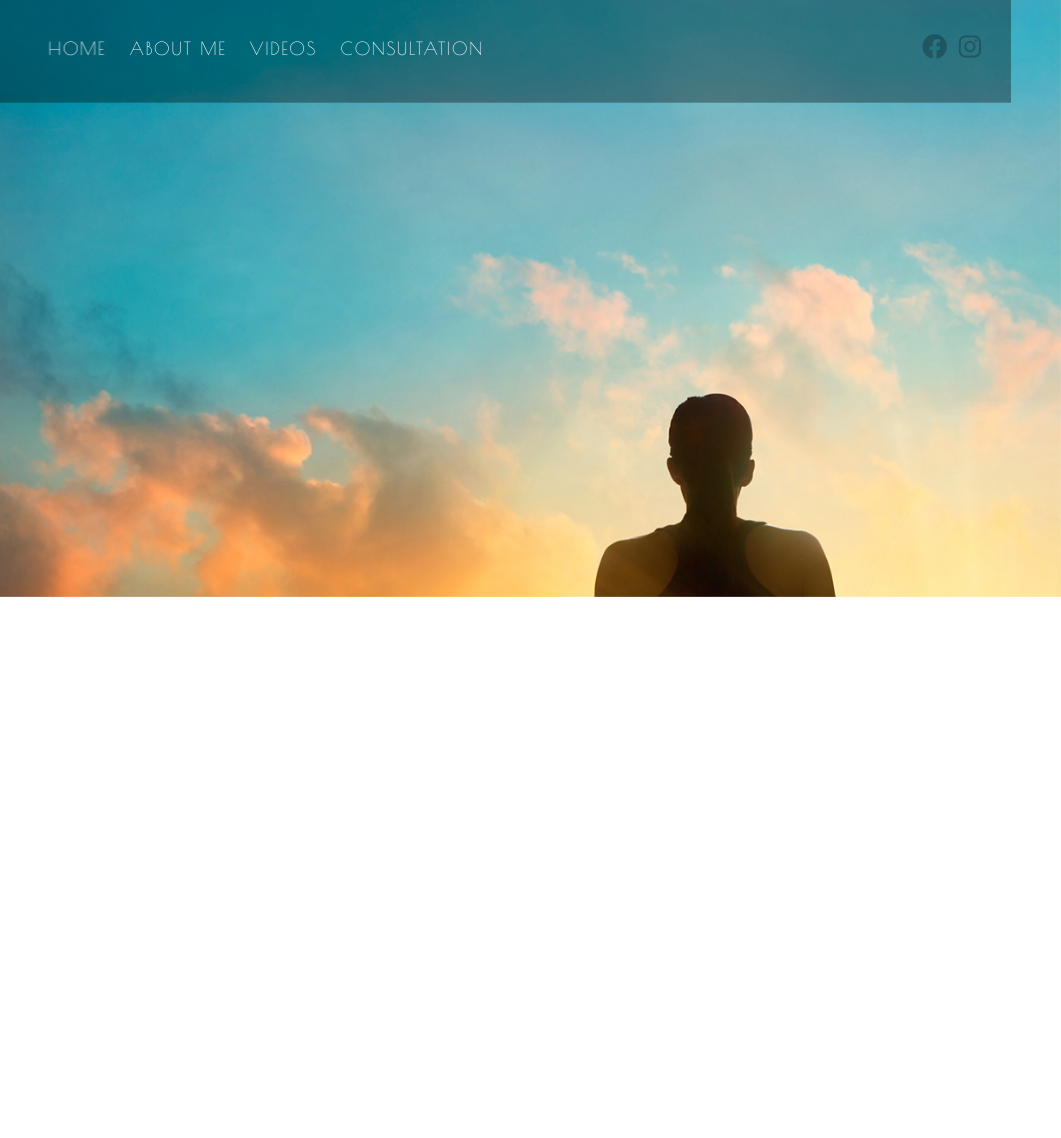
Repository: Aleksandre19/cv-ucmp
Page: index.html
The author's editor kept a record of every edit. The page is drawn from the files as they stood at one moment, then again after the next edit.
The browser window is 1280 px wide. The page is 1343 px wide, so the pictures cover 1343 px, including what lies to the right of the window. The pictures show the whole page, at 79% of full size.
Backgrounds fixed to the window are drawn as part of the page. Some web libraries are served in a nearby version.

Above is the page before.

### index.html
<!DOCTYPE html>
<html lang="en">

<head>
    <meta charset="UTF-8">
    <meta name="viewport" content="width=device-width, initial-scale=1.0">
    <meta http-equiv="X-UA-Compatible" content="ie=edge">
    <link rel="stylesheet" href="https://stackpath.bootstrapcdn.com/bootstrap/4.4.1/css/bootstrap.min.css" integrity="sha384-Vkoo8x4CGsO3+Hhxv8T/Q5PaXtkKtu6ug5TOeNV6gBiFeWPGFN9MuhOf23Q9Ifjh" crossorigin="anonymous">
    <link rel="stylesheet" href="https://cdnjs.cloudflare.com/ajax/libs/hover.css/2.3.1/css/hover-min.css" type="text/css" />
    <link rel="stylesheet" href="https://cdnjs.cloudflare.com/ajax/libs/font-awesome/5.11.2/css/all.min.css" type="text/css" />
    <link rel="stylesheet" href="assets/css/style.css" type="text/css" />
    <title>Document</title>


</head>

<body>

    <!-- All site wrapper div -->
    <div id="wrapper">

        <!-- HEADER -->
        <header class="container-fluid">
            <div class="row">

                <!-- TOP MAIN MENU -->
                <div class="col-10">
                    <nav>
                        <ul class="main-menu">
                            <li><a href="#" class="hvr-float ">home</a></li>
                            <li><a href="#" class="hvr-float">about me</a></li>
                            <li><a href="#" class="hvr-float">videos</a></li>
                            <li><a href="#" class="hvr-float">consultation</a></li>
                        </ul>
                    </nav>
                </div>
                <!-- / TOP MAIN MENU -->

                <!-- TOP SOCIAL LINKS -->
                <div class="col-2 social-links">
                    <!-- I use id sl-wrapper ro sipmly take right margin -->
                    <div id="sl-wrapper">
                        <a href="http://www.facebook.com" target="_blank"><i class="fab fa-facebook"></i></a>
                        <a href="http://www.instagram.com" target="_blank"><i class="fab fa-instagram"></i></a>
                    </div>
                </div>
                <!-- /TOP SOCIAL LINKS -->

            </div>
        </header>
        <!-- /HEADER -->

        <!-- Slideshow section-->
        <div class="slideshow-wrapper">
            <section class="sections slideshow">

            </section>
             <div class="description">
                <svg id="logo" width="965" height="89" viewBox="0 0 965 89" fill="none" xmlns="http://www.w3.org/2000/svg">
                    <path d="M27.1216 59.2261L28.6938 70.0073L30.9961 60.293L47.168 3.24219H56.2646L72.0435 60.293L74.2896 70.1758L76.0303 59.1699L88.7207 3.24219H99.5581L79.7363 85H69.9097L53.064 25.4224L51.7725 19.1895L50.481 25.4224L33.0176 85H23.1909L3.42529 3.24219H14.2065L27.1216 59.2261Z" stroke="white" stroke-width="4" mask="url(#path-1-outside-1)"/>
                    <path d="M157.788 47.2095H122.356V76.1841H163.516V85H111.575V3.24219H162.954V12.1143H122.356V38.3936H157.788V47.2095Z" stroke="white" stroke-width="4" mask="url(#path-1-outside-1)"/>
                    <path d="M188.503 85H177.722V3.24219H188.503V85Z" stroke="white" stroke-width="4" mask="url(#path-1-outside-1)"/>
                    <path d="M268.633 74.2749C265.863 78.243 261.988 81.2191 257.009 83.2031C252.068 85.1497 246.303 86.123 239.714 86.123C233.051 86.123 227.136 84.5695 221.97 81.4624C216.804 78.3179 212.799 73.8631 209.954 68.0981C207.146 62.3332 205.705 55.651 205.63 48.0518V40.9204C205.63 28.6043 208.494 19.0584 214.221 12.2827C219.986 5.507 228.072 2.11914 238.479 2.11914C247.014 2.11914 253.883 4.30908 259.087 8.68896C264.29 13.0314 267.472 19.2082 268.633 27.2192H257.852C255.83 16.4006 249.391 10.9912 238.535 10.9912C231.31 10.9912 225.826 13.5368 222.083 18.6279C218.376 23.6816 216.505 31.0189 216.467 40.6396V47.3218C216.467 56.4933 218.564 63.7931 222.756 69.2212C226.949 74.6118 232.62 77.3071 239.771 77.3071C243.813 77.3071 247.351 76.8579 250.383 75.9595C253.416 75.061 255.924 73.5449 257.908 71.4111V53.0493H238.984V44.2896H268.633V74.2749Z" stroke="white" stroke-width="4" mask="url(#path-1-outside-1)"/>
                    <path d="M349.492 85H338.655V47.2095H297.439V85H286.658V3.24219H297.439V38.3936H338.655V3.24219H349.492V85Z" stroke="white" stroke-width="4" mask="url(#path-1-outside-1)"/>
                    <path d="M423.445 12.1143H397.166V85H386.44V12.1143H360.217V3.24219H423.445V12.1143Z" stroke="white" stroke-width="4" mask="url(#path-1-outside-1)"/>
                    <path d="M458.035 63.0444C458.035 59.1138 459.12 55.5013 461.292 52.207C463.5 48.9128 467.693 45.0757 473.87 40.6958C470.238 36.2785 467.805 32.7222 466.57 30.0269C465.334 27.3315 464.717 24.6549 464.717 21.9971C464.717 15.7829 466.551 10.9163 470.22 7.39746C473.888 3.87858 478.867 2.11914 485.156 2.11914C490.771 2.11914 495.413 3.76628 499.082 7.06055C502.751 10.3174 504.585 14.4352 504.585 19.4141C504.585 22.7083 503.743 25.7593 502.058 28.5669C500.411 31.3371 497.51 34.257 493.354 37.3267L487.346 41.7627L505.54 63.4937C508.085 58.6271 509.358 53.2178 509.358 47.2656H518.735C518.735 56.8115 516.433 64.729 511.829 71.0181L523.508 85H511.042L505.596 78.5425C502.826 81.0132 499.569 82.9036 495.825 84.2139C492.119 85.4867 488.338 86.123 484.482 86.123C476.509 86.123 470.107 84.008 465.278 79.7778C460.449 75.5477 458.035 69.9699 458.035 63.0444ZM484.482 77.644C489.985 77.644 495.02 75.5477 499.587 71.355L479.653 47.4902L477.8 48.8379C471.549 53.4424 468.423 58.1779 468.423 63.0444C468.423 67.4618 469.845 70.9993 472.69 73.6572C475.573 76.3151 479.504 77.644 484.482 77.644ZM475.105 21.6602C475.105 25.2539 477.314 29.7461 481.731 35.1367L488.357 30.4761C490.903 28.6792 492.643 26.9759 493.579 25.3662C494.515 23.7191 494.983 21.735 494.983 19.4141C494.983 16.9059 494.047 14.8283 492.175 13.1812C490.304 11.4966 487.945 10.6543 485.1 10.6543C482.03 10.6543 479.597 11.7025 477.8 13.7988C476.003 15.8577 475.105 18.4782 475.105 21.6602Z" stroke="white" stroke-width="4" mask="url(#path-1-outside-1)"/>
                    <path d="M624.751 85H613.914V47.2095H572.698V85H561.917V3.24219H572.698V38.3936H613.914V3.24219H624.751V85Z" stroke="white" stroke-width="4" mask="url(#path-1-outside-1)"/>
                    <path d="M690.112 47.2095H654.68V76.1841H695.84V85H643.899V3.24219H695.278V12.1143H654.68V38.3936H690.112V47.2095Z" stroke="white" stroke-width="4" mask="url(#path-1-outside-1)"/>
                    <path d="M754.407 63.6621H720.154L712.461 85H701.343L732.563 3.24219H741.997L773.274 85H762.212L754.407 63.6621ZM723.411 54.79H751.206L737.28 16.5503L723.411 54.79Z" stroke="white" stroke-width="4" mask="url(#path-1-outside-1)"/>
                    <path d="M795.117 76.1841H833.862V85H784.28V3.24219H795.117V76.1841Z" stroke="white" stroke-width="4" mask="url(#path-1-outside-1)"/>
                    <path d="M887.151 12.1143H860.872V85H850.146V12.1143H823.923V3.24219H887.151V12.1143Z" stroke="white" stroke-width="4" mask="url(#path-1-outside-1)"/>
                    <path d="M962.114 85H951.277V47.2095H910.061V85H899.28V3.24219H910.061V38.3936H951.277V3.24219H962.114V85Z" stroke="white" stroke-width="4" mask="url(#path-1-outside-1)"/>
                </svg>
             </div>
        </div>

        <!-- /Slideshow section-->


        <!-- Individual approach section-->
        <section class="sections">

        </section>
        <!-- /Individual approach section-->


        <!-- About Me section-->
        <section>

        </section>
        <!-- /About Me section-->


        <!-- Videos section-->
        <section>

        </section>
        <!-- /Videos section-->


        <!-- Feedbacks section-->
        <section>

        </section>
        <!-- /Feedbacks section-->


        <!-- Consultation's section-->
        <section>

        </section>
        <!-- /Consultation's section-->


        <!-- footer section -->
        <footer>

        </footer>
        <!-- /footer section -->

    </div>
    <!-- / All site wrapper div -->
     <script>
        const me = document.querySelectorAll("#logo path");
        for(let i = 0; i < me.length; i++){
            console.log(`Letter ${i} is ${me[i].getTotalLength()}`);
        }
    </script>
</body>

</html>

### assets/css/style.css
@import url('https://fonts.googleapis.com/css?family=Poiret+One|Courgette');

html,
body {
    height: 100%;
}

* {
    margin: 0;
    padding: 0;
    border: 0;
}

body {
    backgournd-color: #f6f6f6;
    font-size: 1em;
    /* I use 1.414 (Augumental forth) ratio for font scale */
}

#wrapper {
    width: 100%;
    height: 100%;
}


.sections {
    width: 100%;
    height: 100%;
    overflow: hidden;
    position: relative;
}

.slideshow-wrapper {
    width: 100%;
    height: 100%;
    position: relative;
}






/* #################### HEADER ###################### */

header {
    height: 130px;
    background-color: rgba(0, 0, 0, 0.35);
    position: fixed;
    z-index: 1;
}


/*  Main Menu */

.main-menu,
.social-links a {
    /* Aligning menu links and social icons on one line */
    line-height: 120px;
}

.main-menu {
    /* Marging menu from left */
    margin-left: 2%;
}

.main-menu li {
    list-style: none;
    display: inline;
    margin-left: 25px;
}

.main-menu li a {
    font-family: "Poiret One";
    font-size: 1em;
    text-transform: uppercase;
    color: #fff;
    letter-spacing: 2px;
    transition: all 0.35s ease-in-out;
    -webkit-transition: all 0.35s ease-in-out;
    -moz-transition: all 0.35s ease-in-out;
    -o-transition: all 0.35s ease-in-out;
}

.main-menu li a:hover {
    text-decoration: none;
    color: #00dddb;
}

/* END Main Menu */

/* Social Links */

.social-links {
    /* Aligning social links to right */
    text-align: right;
}


#sl-wrapper {
    /* Marging social links from left */
    margin-right: 10%;
}

.social-links a {
    text-decoration: none;
    font-size: 1.414em;
    color: rgba(0, 0, 0, .25);
    margin: 0px 5px;
    transition: color 0.35s ease-in-out;
    -webkit-transition: color 0.35s ease-in-out;
    -moz-transition: color 0.35s ease-in-out;
    -o-transition: color 0.35s ease-in-out;

}


.social-links a:hover {
    color: rgba(0, 219, 221, 1);
}

/* END Social Links */

/* #################### END HEADER ################## */

/* * */

/* #################### SLIDESHOW SECTION ########### */

/* Slider */

.slideshow {
    background: url("../images/food-lg.jpg");
    background-repeat: no-repeat;
    background-position: top;
    background-attachment: fixed;
    animation-name: slideshow-w;
    -webkit-animation-name: slideshow-w;
    -moz-animation-name: slideshow-w;
    -o-animation-name: slideshow-w;
    animation-duration: 20s;
    -webkit-animation-duration: 20s;
    -moz-animation-duration: 20s;
    -o-animation-duration: 20s;
    animation-iteration-count: infinite;
    -webkit-animation-iteration-count: infinite;
    -moz-animation-iteration-count: infinite;
    -o-animation-iteration-count: infinite;


}



@keyframes slideshow-w {

    /* Animation slide transition number 1 */
    0% {
        transform: scale(1);
        background: url("../images/food-lg.jpg");
        background-attachment: fixed;

    }
    14.28%% {
        transform: scale(1.1);
        background: url("../images/yoga-lg.jpg");
        background-attachment: fixed;

    }

    /* Animation slide transition number 2 */
    28.56% {
        transform: scale(1.1);
        background: url("../images/yoga-lg.jpg");
        background-attachment: fixed;
    }
    42.84% {
        transform: scale(1);
        background: url("../images/family-lg.jpg");
        background-attachment: fixed;
    }


    /* Animation slide transition number 3 */
    57.12% {
        transform: scale(1);
        background: url("../images/family-lg.jpg");
        background-attachment: fixed;
    }
    71.4% {
        transform: scale(1.1);
        background: url("../images/food-lg.jpg");
        background-attachment: fixed;
    }

    85.68% {
        transform: scale(1.1);
        background: url("../images/food-lg.jpg");
        background-attachment: fixed;
    }
    100% {
        transform: scale(1);
        background: url("../images/food-lg.jpg");
        background-attachment: fixed;
    }

}


/* END Slider */

/* */



#logo{
    animation: fill-anime 2s ease forwards 3.3s;

}


#wh-container{
    position: absolute;
    top: 50%;
    left: 50%;
    transform: translate(-50%,-50%);
    animation: move-top 1s ease forwards 4s;
}



#free-consultation-text{
    position: absolute;
    top:50%;
    left: 50%;
    transform: translate(-50%,-50%);
}

#free-consultation-text h1{
    font-family:
}



#logo path:nth-child(1){
    stroke-dasharray: 630.78px;
    stroke-dashoffset: 630.78px;
    animation: text-anime 2s ease forwards;

}



#logo path:nth-child(2){
    stroke-dasharray: 419.45px;
    stroke-dashoffset: 419.45px;
    animation: text-anime 2s ease forwards 0.3s;

}

#logo path:nth-child(3){
    stroke-dasharray: 185.07px;
    stroke-dashoffset: 185.07px;
    animation: text-anime 2s ease forwards 0.6s;

}

#logo path:nth-child(4){
    stroke-dasharray: 453.67px;
    stroke-dashoffset: 453.67px;
    animation: text-anime 2s ease forwards 0.9s;

}

#logo path:nth-child(5){
    stroke-dasharray: 435.06px;
    stroke-dashoffset: 435.06px;
    animation: text-anime 2s ease forwards 1.2s;

}



#logo path:nth-child(6){
    stroke-dasharray: 289.97px;
    stroke-dashoffset: 289.97px;
    animation: text-anime 2s ease forwards 1.5s;

}



#logo path:nth-child(7){
    stroke-dasharray: 482.84px;
    stroke-dashoffset: 482.84px;
    animation: text-anime 2s ease forwards 1.8s;
}

#logo path:nth-child(8){
    stroke-dasharray: 435.06px;
    stroke-dashoffset: 435.06px;
    animation: text-anime 2s ease forwards 2.1s;
}


#logo path:nth-child(9){
    stroke-dasharray: 419.45px;
    stroke-dashoffset: 419.45px;
    animation: text-anime 2s ease forwards 2.4s;
}

#logo path:nth-child(10){
    stroke-dasharray: 395.49px;
    stroke-dashoffset: 395.49px;
    animation: text-anime 2s ease forwards 2.7s;
}

#logo path:nth-child(11){
    stroke-dasharray: 262.67px;
    stroke-dashoffset: 267.67px;
    animation: text-anime 2s ease forwards 3s;
}

#logo path:nth-child(12){
    stroke-dasharray: 289.97px;
    stroke-dashoffset: 289.97px;
    animation: text-anime 2s ease forwards 3s;
}

#logo path:nth-child(13){
    stroke-dasharray: 435.06px;
    stroke-dashoffset: 435.06px;
    animation: text-anime 2s ease forwards 3s;
}







@keyframes text-anime{
    to{
        stroke-dashoffset: 0px;
    }
}


@keyframes fill-anime{

    from{

        fill: transparent;
    }

    to{
        fill: white;
    }
}


@keyframes move-top{
    from{
        top:50%;
    }

    to{
        top:40%;
    }
}







/* Quotes Animation */

/* ################ END SLIDESHOW SECTION ########### */

/* ######## RESPONSIVE DESIGN ######### */

/* Responsive typography scale for mobile and tablet */

@media (min-width: 376px) {
    /* Adjusting menu links size after mobile  */
    .main-menu li a {
        font-size: 1.414em;
    }

    .social-links a {
        /* Adjusting social links size on tablet and mobile */
        font-size: 1.999em;
    }
}

/* END Responsive typography scale for mobile and tablet */

/* ######## END RESPONSIVE DESIGN ################### */

After the next edit:
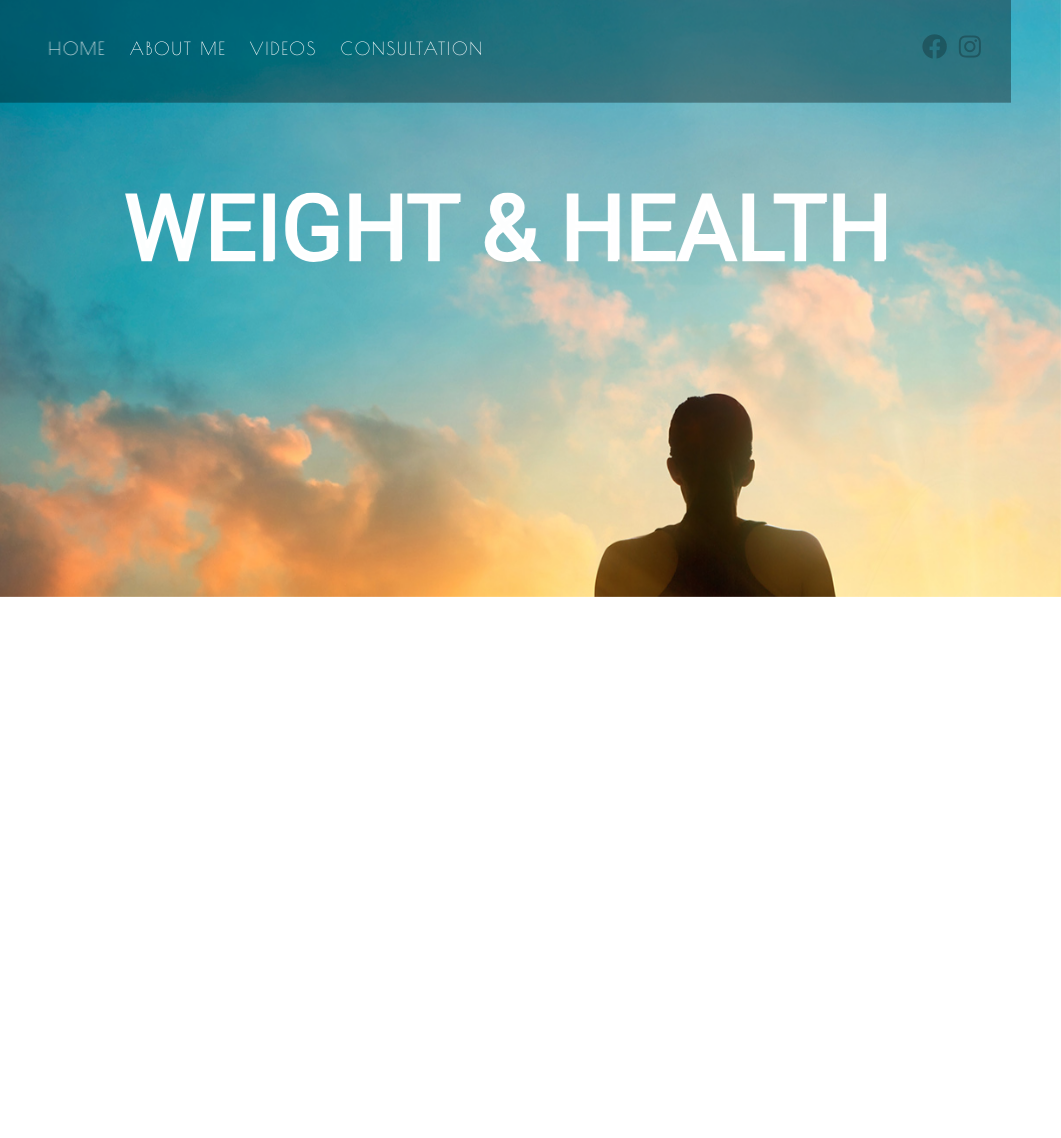
The edit:
--- a/index.html
+++ b/index.html
@@ -56,6 +56,7 @@
 
             </section>
              <div class="description">
+                 <div id="wh-container">
                 <svg id="logo" width="965" height="89" viewBox="0 0 965 89" fill="none" xmlns="http://www.w3.org/2000/svg">
                     <path d="M27.1216 59.2261L28.6938 70.0073L30.9961 60.293L47.168 3.24219H56.2646L72.0435 60.293L74.2896 70.1758L76.0303 59.1699L88.7207 3.24219H99.5581L79.7363 85H69.9097L53.064 25.4224L51.7725 19.1895L50.481 25.4224L33.0176 85H23.1909L3.42529 3.24219H14.2065L27.1216 59.2261Z" stroke="white" stroke-width="4" mask="url(#path-1-outside-1)"/>
                     <path d="M157.788 47.2095H122.356V76.1841H163.516V85H111.575V3.24219H162.954V12.1143H122.356V38.3936H157.788V47.2095Z" stroke="white" stroke-width="4" mask="url(#path-1-outside-1)"/>
